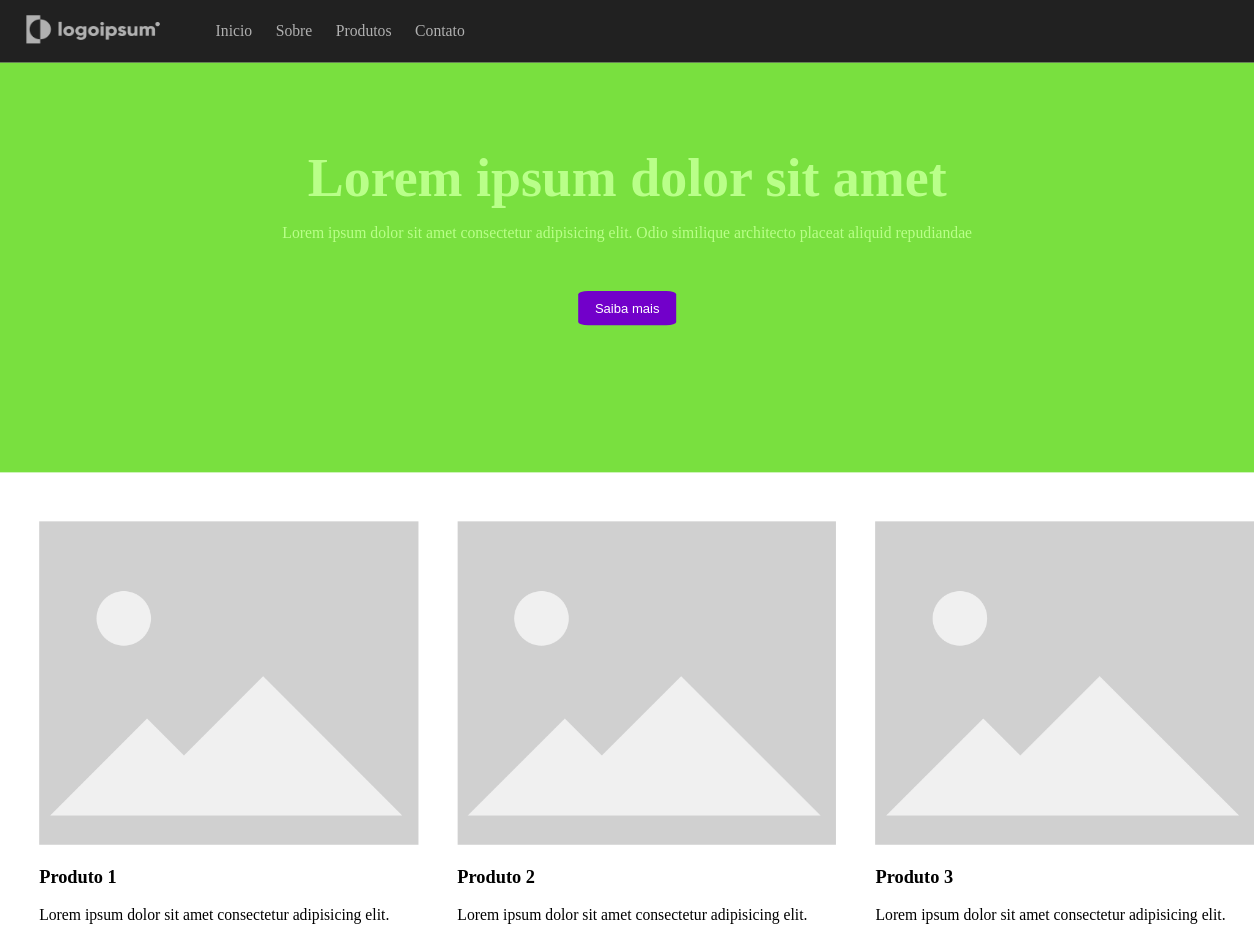
Repository: Carolden/SiteCrie_Ti
Page: index.html
An editor plug-in stored every save of this project. The page is shown before and after the next save, followed by the edit.
The browser window is 1280 px wide. The pictures show the whole page, at 98% of full size.

Above is the page before, as saved 2023-04-23 21:08:06.

After the next save:
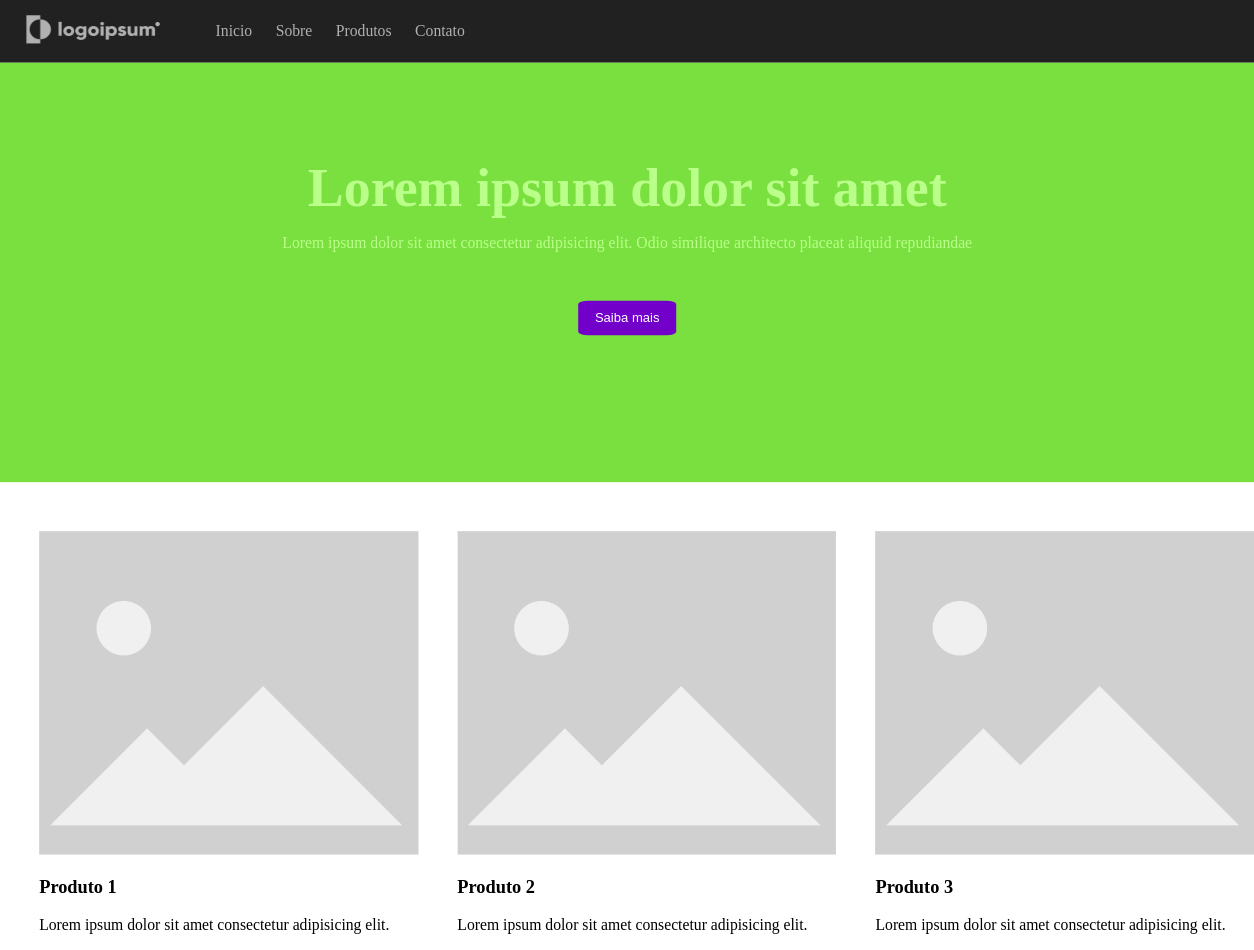
Saved 9 s later.
--- a/index.css
+++ b/index.css
@@ -33,7 +33,7 @@
     background-color: rgb(121, 224, 63);
     color: rgb(185, 255, 137);
     text-align: center;
-    padding-top: 40px;
+    padding-top: 50px;
     padding-bottom: 150px;
 
 

After the save that followed:
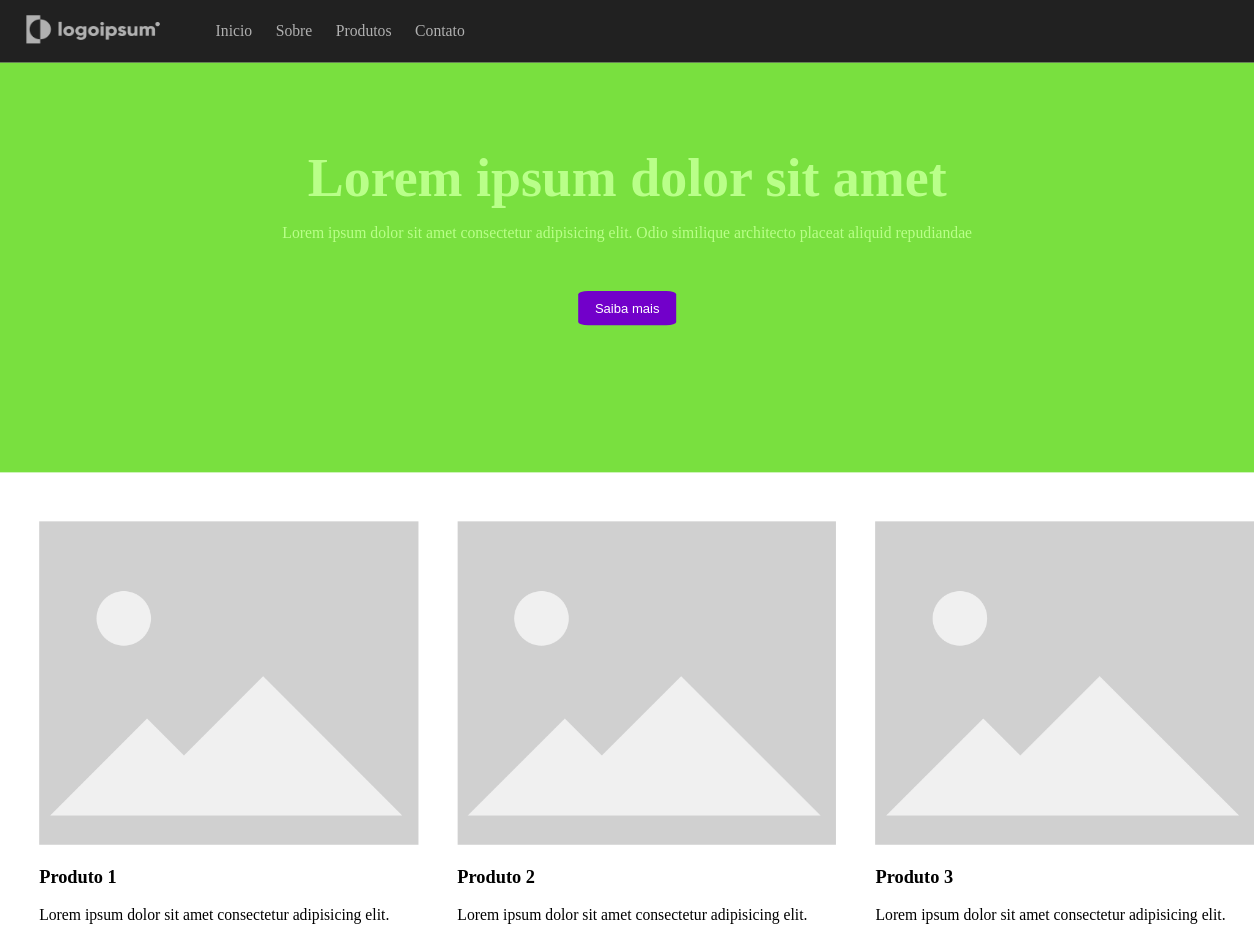
Saved 11 s later.
--- a/index.css
+++ b/index.css
@@ -33,7 +33,7 @@
     background-color: rgb(121, 224, 63);
     color: rgb(185, 255, 137);
     text-align: center;
-    padding-top: 50px;
+    padding-top: 40px;
     padding-bottom: 150px;
 
 
